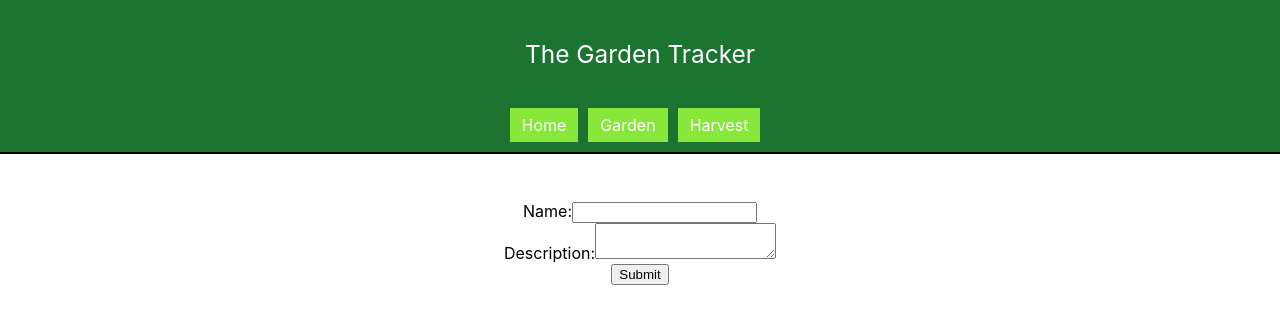
Repository: charliejp0311/ReactReduxFinal
Page: /garden (app in gardentracker/)
An editor plug-in stored every save of this project. The page is shown before and after the next save, followed by the edit.
The browser window is 1280 px wide. The pictures show the whole page.
The page's requests for data from a server got no answer. The project was rebuilt for these pictures with package versions that can differ from the ones it lists, and the page was loaded fresh each time. No one was signed in, and anything a server would have sent is missing. Also part of the build but not shown: gardentracker/src/containers/GardenbookContainer.js, gardentracker/src/components/GardenPlant.js, gardentracker/src/components/HarvestPlant.js, gardentracker/src/containers/HarvestContainer.js, gardentracker/src/components/UpdatePlantForm.js, gardentracker/src/components/NoteForm.js, gardentracker/src/components/noteList.js, gardentracker/src/containers/PlantContainer.js and 1 more.

Above is the page before, as saved 2020-11-12 09:19:51.

After the next save:
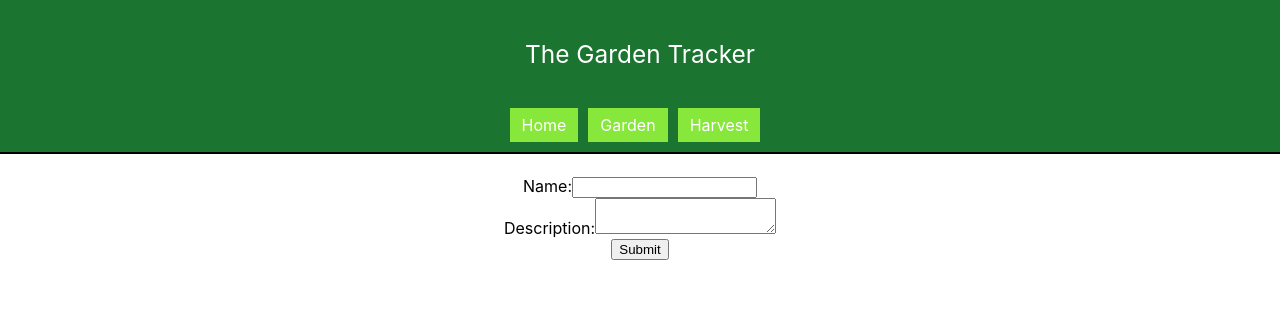
Saved 2 min 18 s later.
--- a/gardentracker/src/App.css
+++ b/gardentracker/src/App.css
@@ -22,6 +22,27 @@
   justify-content: center;
   font-size: calc(10px + 2vmin);
   color: white;
+}
+.sidenav {
+  height: 100%;
+  /* 100% Full-height */
+  width: 0;
+  /* 0 width - change this with JavaScript */
+  position: fixed;
+  /* Stay in place */
+  z-index: 1;
+  /* Stay on top */
+  top: 0;
+  /* Stay at the top */
+  left: 0;
+  background-color: #111;
+  /* Black*/
+  overflow-x: hidden;
+  /* Disable horizontal scroll */
+  padding-top: 60px;
+  /* Place content 60px from the top */
+  transition: 0.5s;
+  /* 0.5 second transition effect to slide in the sidenav */
 }
 
 ul {
